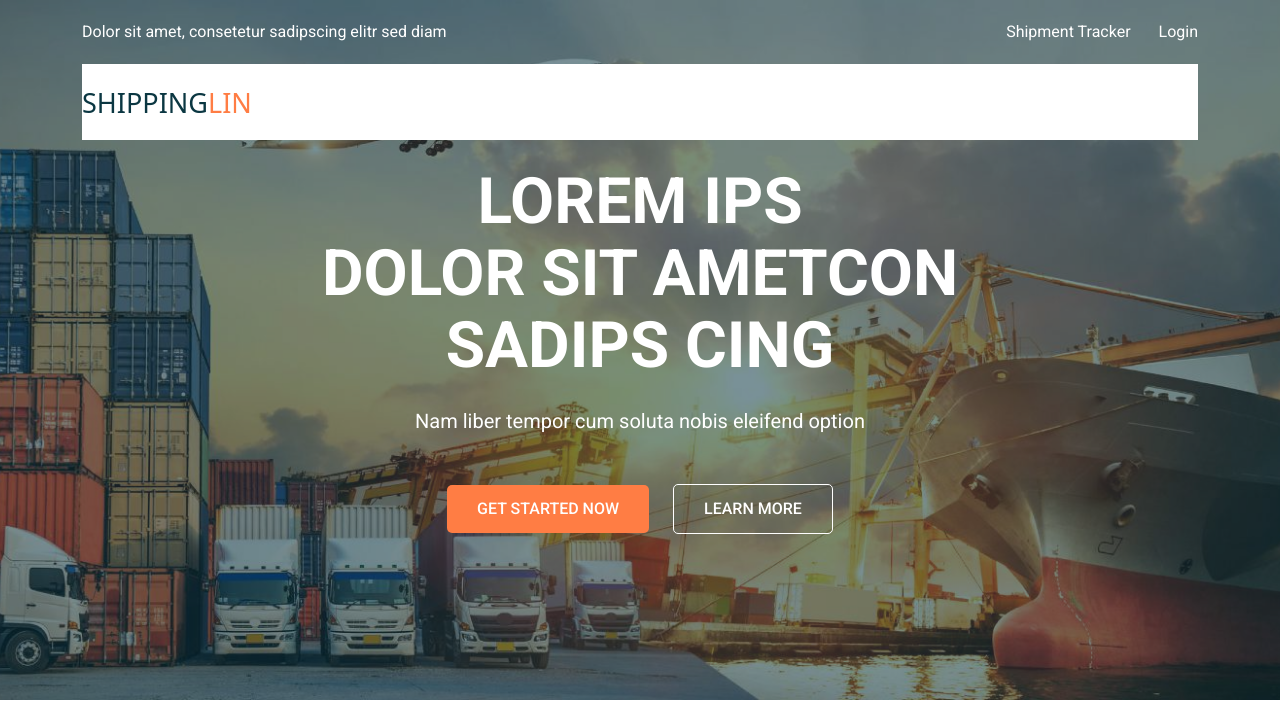
Repository: nazmulalok/shipping-template
Page: index.html
The author's editor kept a copy of each file at every save. The page is drawn from the files as they stood at one save, then again after the next save.
The browser window is 1280 px wide. The pictures show the whole page.

Above is the page before, as saved 2022-10-03 13:44:41.

### index.html
<!DOCTYPE html>
<html lang="en">

    <head>
        <meta charset="UTF-8">
        <meta http-equiv="X-UA-Compatible" content="IE=edge">
        <meta name="viewport" content="width=device-width, initial-scale=1.0">
        <link rel="preconnect" href="https://fonts.googleapis.com">
        <link rel="preconnect" href="https://fonts.gstatic.com" crossorigin>
        <link
            href="https://fonts.googleapis.com/css2?family=Roboto:ital,wght@0,300;0,400;0,500;0,700;0,900;1,300;1,400;1,500;1,700;1,900&display=swap"
            rel="stylesheet">
        <link href="https://cdn.jsdelivr.net/npm/bootstrap@5.2.1/dist/css/bootstrap.min.css" rel="stylesheet"
            integrity="sha384-iYQeCzEYFbKjA/T2uDLTpkwGzCiq6soy8tYaI1GyVh/UjpbCx/TYkiZhlZB6+fzT" crossorigin="anonymous">
        <link rel="stylesheet" href="style.css">
        <title>Document</title>
    </head>

    <body>
        <header class="header-top">
            <div class="container">
                <div class="top-bar">
                    <p class="m-0">Dolor sit amet, consetetur sadipscing elitr sed diam</p>
                    <div>
                        <span class="me-4">Shipment Tracker</span>
                        <span>Login</span>
                    </div>
                </div>
                <div class="header-area">
                    <div class="logo">
                        <img src="images/shipping-logo.svg" alt="Shipping Logo">
                    </div>
                </div>
            </div>
        </header>
        <!-- Slider -->
        <section>
            <div class="main-slider">
                <div class="container">
                    <div class="slide-content">
                        <div class="slide-text">
                            <div class="slider-title mb-4">Lorem ips<br>
                                dolor sit ametcon<br>
                                sadips cing</div>
                            <p>Nam liber tempor cum soluta nobis eleifend option</p>
                            <div class="sliderBtn mt-5"><a class="common-btn me-4" href="#">Get Started Now</a><a
                                    class="common-btn outline-btn" href="#">Learn More</a></div>
                        </div>
                    </div>
                </div>
            </div>
        </section>














        <script src="https://cdn.jsdelivr.net/npm/@popperjs/core@2.11.6/dist/umd/popper.min.js"
            integrity="sha384-oBqDVmMz9ATKxIep9tiCxS/Z9fNfEXiDAYTujMAeBAsjFuCZSmKbSSUnQlmh/jp3"
            crossorigin="anonymous"></script>
        <script src="https://cdn.jsdelivr.net/npm/bootstrap@5.2.1/dist/js/bootstrap.min.js"
            integrity="sha384-7VPbUDkoPSGFnVtYi0QogXtr74QeVeeIs99Qfg5YCF+TidwNdjvaKZX19NZ/e6oz"
            crossorigin="anonymous"></script>
    </body>

</html>

### style.css
* {
    margin: 0;
    padding: 0;
}

:root {
    --main-color: #FF7D44;
    --secondary-color: #0B3742;
    --tertiary-color: #FFFFFF;
}

body {
    font-family: 'Roboto', sans-serif;
}

/* slider style starts */

.main-slider>* {
    z-index: 10;
}

.main-slider {
    background: url(images/shipping-banner.jpg);
    height: 700px;
    width: 100%;
    background-size: cover;
    background-repeat: no-repeat;
    background-position: center;
    position: relative;
    display: flex;
    align-items: center;
    transition: all 1s;
    margin-top: -140px;
    z-index: 50;
}

.main-slider:before {
    content: '';
    width: 100%;
    height: 100%;
    top: 0;
    left: 0;
    position: absolute;
    background-color: rgb(11 55 66 / 55%);
    z-index: 1;
}

.slide-content {
    text-align: center;
}

.slide-text {
    color: var(--tertiary-color);
}

.slider-title {
    font-size: 4rem;
    font-weight: 600;
    line-height: 4.5rem;
    text-transform: uppercase;
}

.slide-text p {
    font-size: 20px;
}

a.common-btn {
    display: inline-block;
    text-decoration: none;
    color: var(--tertiary-color);
    background: var(--main-color);
    padding: 12px 30px;
    border-radius: 5px;
    font-size: 16px;
    font-weight: 500;
    text-transform: uppercase;
    transition: all 1s ease;
}

a.common-btn:hover {
    background: var(--tertiary-color);
    color: var(--secondary-color);
}

a.common-btn.outline-btn {
    background: transparent !important;
    border: 1px solid var(--tertiary-color);
}

a.common-btn.outline-btn:hover {
    background: var(--tertiary-color) !important;
}

/* Header style starts */

.header-top {
    z-index: 100;
    background: transparent;
    position: relative;
}

.top-bar,
.header-area {
    display: flex;
    justify-content: space-between;
    align-items: center;
    color: var(--tertiary-color);
}

.top-bar {
    padding: 20px 0px;
}

.header-area {
    background: var(--tertiary-color);
    padding: 20px 0px;
}

After the next save:
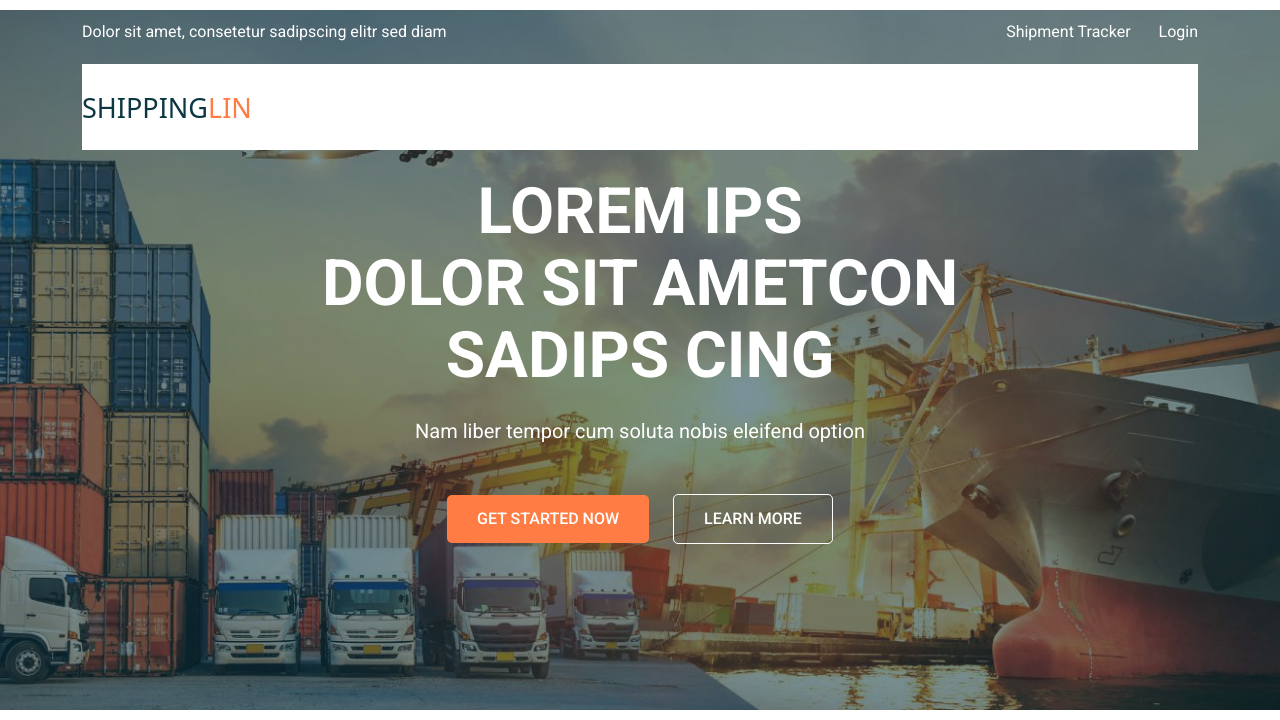
Saved 6 s later.
--- a/style.css
+++ b/style.css
@@ -113,5 +113,5 @@
 
 .header-area {
     background: var(--tertiary-color);
-    padding: 20px 0px;
+    padding: 25px 0px;
 }

After the save that followed:
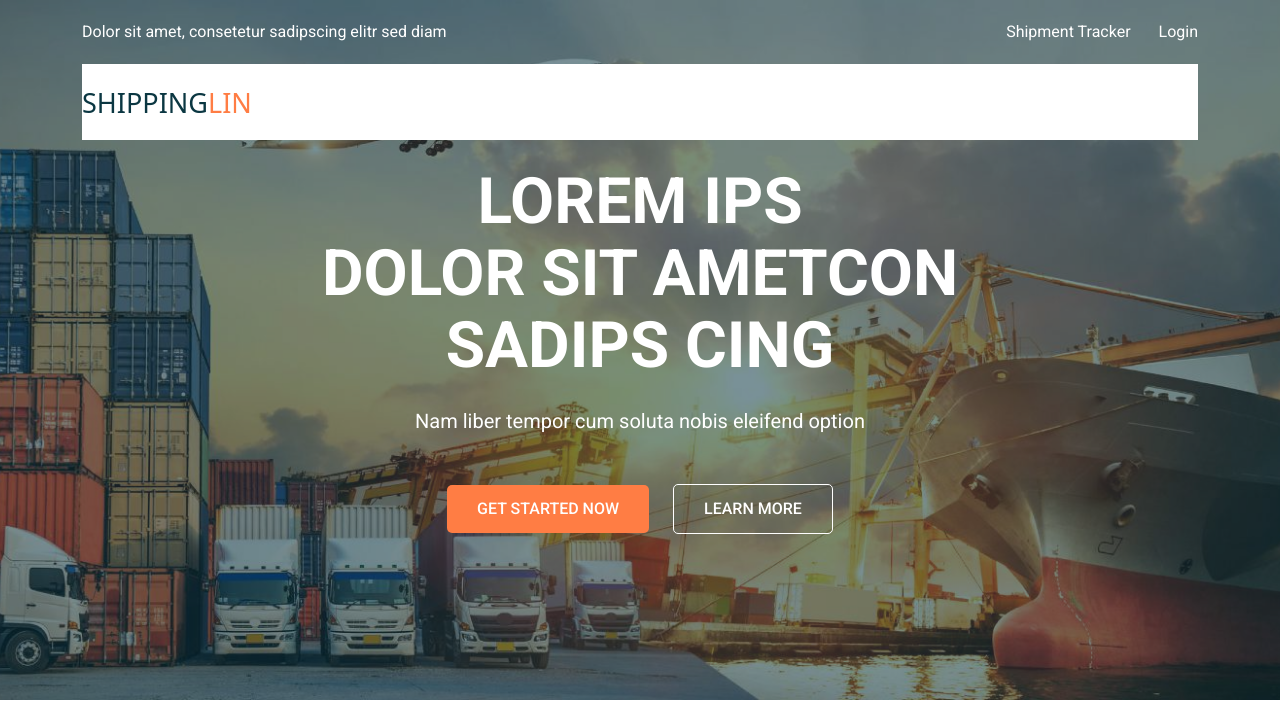
Saved 20 s later.
--- a/style.css
+++ b/style.css
@@ -113,5 +113,5 @@
 
 .header-area {
     background: var(--tertiary-color);
-    padding: 25px 0px;
+    padding: 20px 0px;
 }
